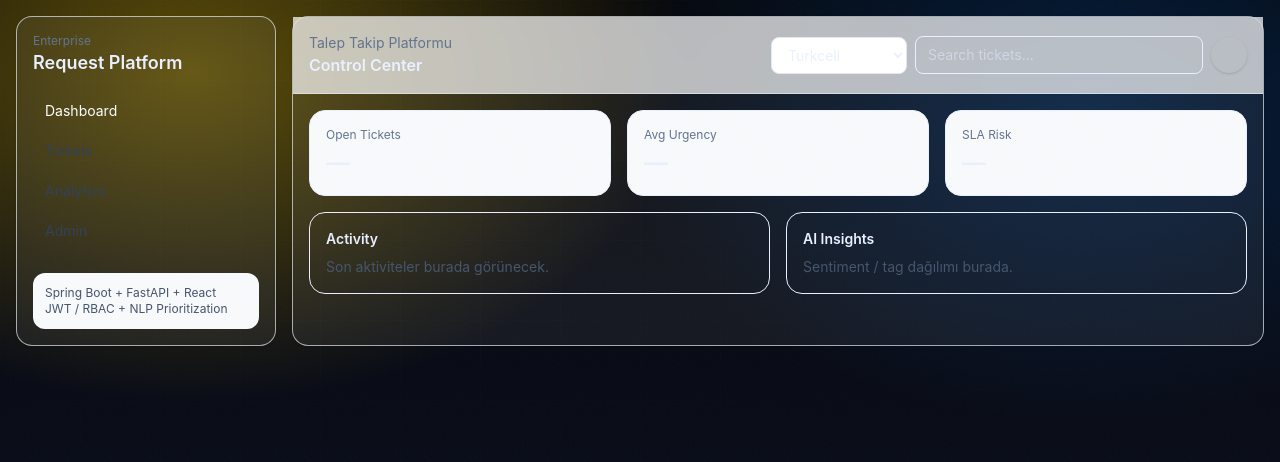
Repository: Salihapeker/enterprise-ai-ticket-system
Page: / (app in Desktop/enterprise-ai-ticket-system/frontend/)
An editor plug-in stored every save of this project. The page is shown before and after a run of saves, followed by the edit.
The browser window is 1280 px wide. The pictures show the whole page.
The project was rebuilt for these pictures with package versions that can differ from the ones it lists, and the page was loaded fresh each time. Also part of the build but not shown: Desktop/enterprise-ai-ticket-system/frontend/vite.config.ts, Desktop/enterprise-ai-ticket-system/frontend/src/services/tickets.ts, Desktop/enterprise-ai-ticket-system/frontend/src/pages/TicketsPage.tsx, Desktop/enterprise-ai-ticket-system/frontend/src/pages/AnalyticsPage.tsx, Desktop/enterprise-ai-ticket-system/frontend/src/pages/AdminPage.tsx.

Above is the page before, as saved 2026-03-16 02:37:08.

After the next 2 saves:
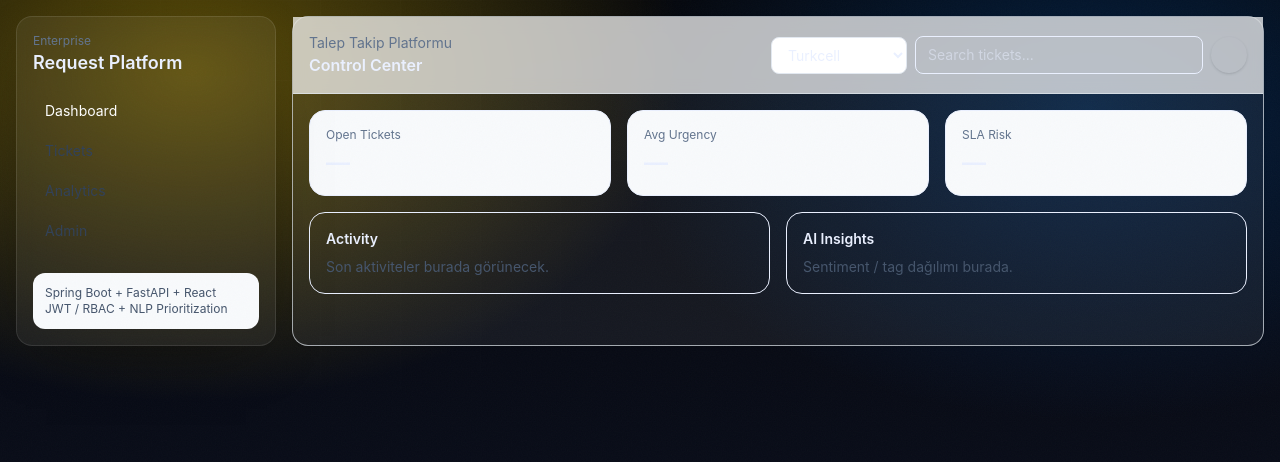
The 2 saves are shown as one change because 1 did not build or start.
The last was saved 56 s later.
--- a/Desktop/enterprise-ai-ticket-system/frontend/src/components/layouts/AppShell.tsx
+++ b/Desktop/enterprise-ai-ticket-system/frontend/src/components/layouts/AppShell.tsx
@@ -18,7 +18,7 @@ export default function AppShell() {
     <div className="min-h-screen text-[var(--text)]">
       <div className="w-full p-4">
         <div className="grid grid-cols-1 gap-4 lg:grid-cols-[260px_1fr]">
-          <aside className="rounded-2xl border border-slate-200/70 bg-[var(--card)] p-4 shadow-sm">
+          <aside className="rounded-2xl border border-[var(--stroke)] bg-[var(--card)] p-4 shadow-[0_20px_60px_-30px_rgba(0,0,0,0.6)] backdrop-blur">
             <div className="flex items-center justify-between">
               <div>
                 <div className="text-xs text-slate-500">Enterprise</div>
